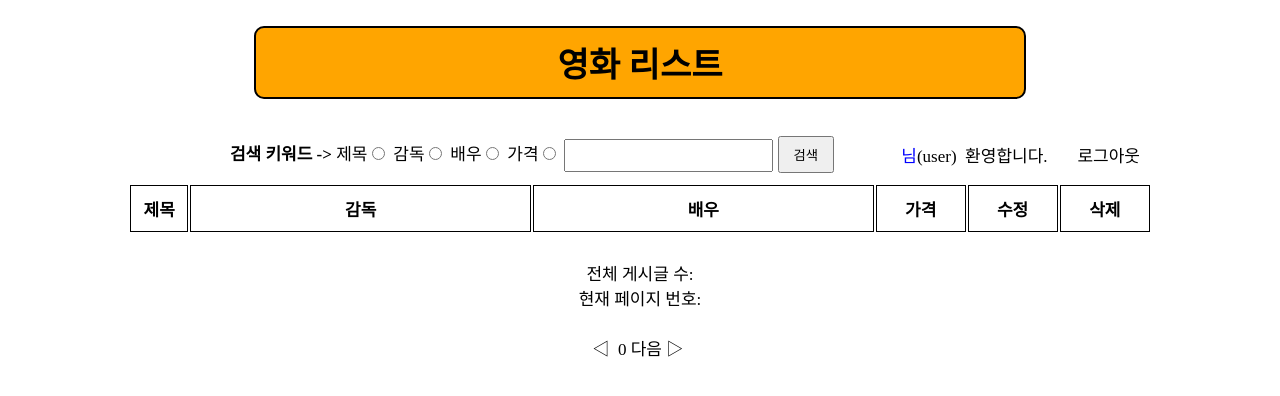
Repository: EverythingOfC/movie
Page: http://localhost/movie/movie/list.jsp
The author's editor kept a copy of each file at every save. The page is drawn from the files as they stood at one save, then again after the next save.
The browser window is 1280 px wide. The pictures show the whole page.
The page is served by Tomcat 9. Nobody is signed in. The application's start-up code is not run. The template is opened directly, without the code that normally fills it, so the values that code supplies are empty.

Above is the page before, as saved 2023-01-03 10:05:39.

After the next save:
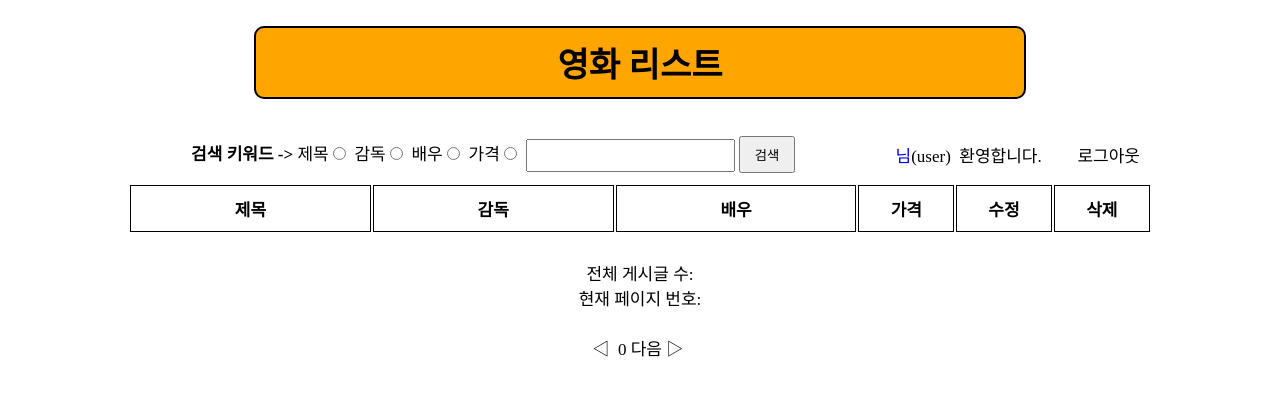
Saved 13 s later.
--- a/movie/src/main/webapp/movie/list.jsp
+++ b/movie/src/main/webapp/movie/list.jsp
@@ -18,8 +18,7 @@
 		<table>
 
 			<tr>
-				<td style="border:0;"></td>
-				<td colspan="2" style="border:0; text-align:center;">
+				<td colspan="3" style="border:0; text-align:center;">
 				<form action="ms?command=list" method="get">
 
 				<b>검색 키워드 -> </b>
